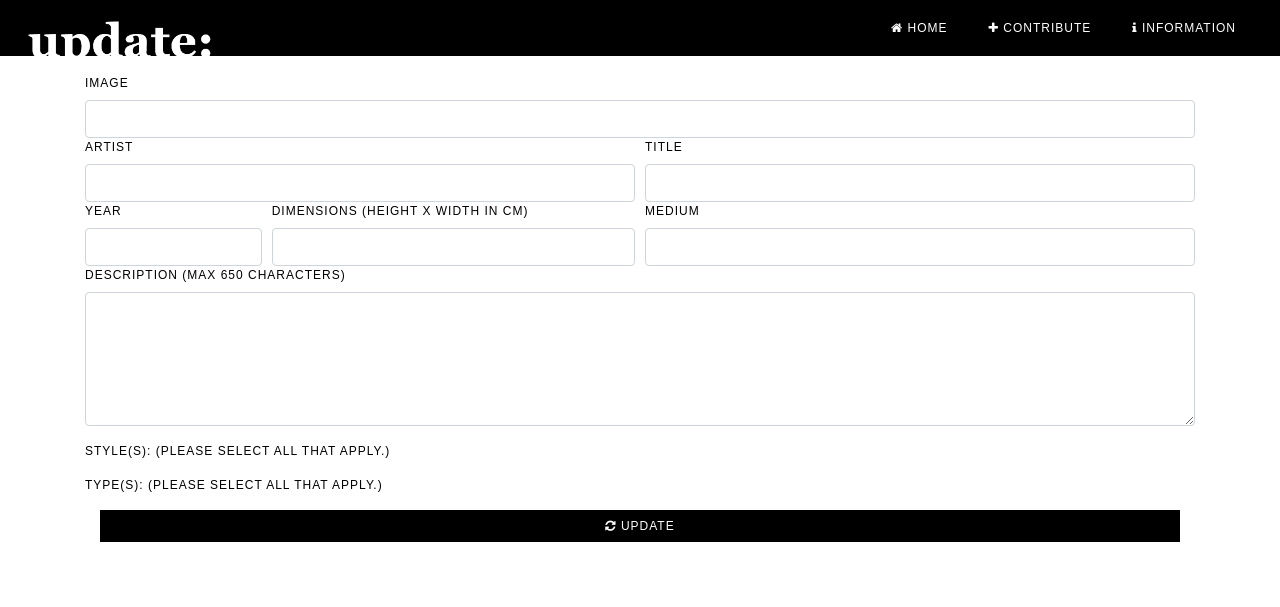
Repository: lynette-lyf/artwork-inventory
Page: templates/edit_artwork.template.html
The author's editor kept a record of every edit. The page is drawn from the files as they stood at one moment, then again after the next edit.
The browser window is 1280 px wide. The pictures show the whole page.
The page is served by the project's application, run on Flask 3 (app.py). The template is opened directly, without the code that normally fills it, so the values that code supplies are empty.

Above is the page before.

### templates/edit_artwork.template.html
<!doctype html>
<html lang="en">
  <head>
    <!-- Required meta tags -->
    <meta charset="utf-8">
    <meta name="viewport" content="width=device-width, initial-scale=1, shrink-to-fit=no">

    <!-- Bootstrap CSS -->
    <link rel="stylesheet" href="https://stackpath.bootstrapcdn.com/bootstrap/4.3.1/css/bootstrap.min.css" integrity="sha384-ggOyR0iXCbMQv3Xipma34MD+dH/1fQ784/j6cY/iJTQUOhcWr7x9JvoRxT2MZw1T" crossorigin="anonymous">
    <!-- Font Awesome CSS -->
    <link href="https://maxcdn.bootstrapcdn.com/font-awesome/4.7.0/css/font-awesome.min.css" rel="stylesheet"/>
    <!-- Google Fonts API -->
    <link href="https://fonts.googleapis.com/css?family=Work+Sans:300,600,800&display=swap" rel="stylesheet">
    <link rel="stylesheet" type="text/css" href="/static/css/style.css">

    <title>Update: {{artworksAndConsigners["title"]}} by {{artworksAndConsigners["artist"]}}</title>
  <style>
       body {
    font-family: Arial;
    font-size: 12px;
    color: black;
    text-transform: uppercase;
    letter-spacing:1px;
}

::-webkit-scrollbar {
  width: 5px;
  height: 5px;
  border-left: 0;
  background: white;
}

::-webkit-scrollbar-track {
  background: white;
}

::-webkit-scrollbar-thumb {
  background: black;
  border-radius: 0;
}

.navbar-default {
    background-color: black;
}


#logo {
    position: absolute;
    z-index:1;
    top:-3px;

}



#home, #contribute, #information {
    font-family: Arial;
    color: white;
    text-decoration: none;
    text-transform: uppercase;
    font-size: 12px;
    letter-spacing:1px;
    background-color: black;
    margin-right:15px;
}

#update {
    font-family: Arial;
    color: white;
    text-decoration: none;
    text-transform: uppercase;
    font-size: 12px;
    letter-spacing:1px;
    background-color: black;
    width:100%;
    border-radius:0px;
}

#home:hover, #information:hover, #update:hover {
    background-color: white;
    color:black;
}




@media (max-width: 994px) {
    .img-fluid {
        max-width:100%
    }

    #home {
        margin-top:2rem;
    }
}

@media screen and (min-width: 995px) {
    .navbar-nav {
        align-items: end;
    }

    .img-fluid {
        max-height:500px;
        max-width:500px
    }
}

  </style>

  </head>


  <body>


<img id="logo" style="max-height:100px;" src="static/img/update.png"/>

<nav class="navbar navbar-expand-lg navbar-default">
  <a class="navbar-brand" href="#">&nbsp;</a>
  <button class="navbar-toggler" type="button" data-toggle="collapse" data-target="#navbarSupportedContent" aria-controls="navbarSupportedContent" aria-expanded="false" aria-label="Toggle navigation">
    <span class="navbar-toggler-icon"> <i class="fa fa-bars" style="color:#fff; font-size:28px;"></i></span>
  </button>

  <div class="collapse navbar-collapse justify-content-end" id="navbarSupportedContent">
    <ul class="navbar-nav">
      <li class="nav-item">
          <a href="#" id="home" class="btn btn-default"><i class="fa fa-home"></i>    Home</a>
      </li>
     <li class="nav-item">
          <a href="add-artwork" id="contribute" class="btn btn-default"><i class="fa fa-plus"></i>    Contribute</a>
      </li>
      <li class="nav-item">
        <a href="#" id="information" class="btn btn-default"><i class="fa fa-info"></i>    Information</a>
      </li>
    </ul>

        </div>
  </div>
</nav>







    <div class='container'>
        <form class='form' method="POST">
          <div class='form-row'>
              <div class='col-12'>

                  <img class='img-fluid' style="max-height:300px; max-width:300px;" src='{{ artworksAndConsigners['image'] }}'>
                   </div>
                  </div>

                 <div class='form-row'>
              <div class='col-12'>

                <label>Image</label>
                <input type='text' class='form-control' name='image' value='{{artworksAndConsigners["image"]}}' required/>
            </div>
            <div class='col-6'>
                <label>Artist</label>
                <input type='text' class='form-control' name='artist' value='{{artworksAndConsigners["artist"]}}' required/>
            </div>
            <div class='col-6'>
                <label>Title</label>
                <input type='text' class='form-control' name='title' value='{{artworksAndConsigners["title"]}}' required/>
            </div>
          </div>

          <div class='form-row'>
            <div class='col-2'>
                <label>Year</label>
                <input type='number' class='form-control' maxlength='4' min='1000' max='2019' name='year' value='{{artworksAndConsigners["year"]}}' required/>
            </div>
            <div class='col-4'>
                <label>Dimensions (height x width in cm)</label>
                <input type='text' class='form-control' name='dimensions' value='{{artworksAndConsigners["dimensions"]}}' required/>
            </div>
            <div class='col-6'>
                <label>Medium</label>
                <input type='text' class='form-control' name='medium' value='{{artworksAndConsigners["medium"]}}' required/>
            </div>
          </div>

            <div class='form-group'>
                <label>Description (max 650 characters)</label>
                <textarea class="form-control" rows="5" maxlength='650' name='description'>{{artworksAndConsigners["description"]}}</textarea>
            </div>


            <div class='form-group'>
                <p>Style(s): (Please select all that apply.)</p>
                {%for t in all_styles %}
                <input type="checkbox" name="type" value="{{t}}"
                {%if t in selected_type %}
                checked
                {%endif%}
                /><label>{{t}}</label>
                {%endfor%}
            </div>

            <div class='form-group'>
                <p>Type(s): (Please select all that apply.)</p>
                {%for t in all_types %}
                <input type="checkbox" name="type" value="{{t}}"
                {%if t in selected_type %}
                checked
                {%endif%}
                /><label>{{t}}</label>
                {%endfor%}
            </div>

           <div class="col-12 text-center">
             <button type="submit" id="update" class="btn btn-default">
                <i class="fa fa-refresh"></i>    Update
              </button>
          </div>
        </form>
    </div>

    <!-- Optional JavaScript -->
    <!-- jQuery first, then Popper.js, then Bootstrap JS -->
    <script src="https://code.jquery.com/jquery-3.3.1.slim.min.js" integrity="sha384-q8i/X+965DzO0rT7abK41JStQIAqVgRVzpbzo5smXKp4YfRvH+8abtTE1Pi6jizo" crossorigin="anonymous"></script>
    <script src="https://cdnjs.cloudflare.com/ajax/libs/popper.js/1.14.7/umd/popper.min.js" integrity="sha384-UO2eT0CpHqdSJQ6hJty5KVphtPhzWj9WO1clHTMGa3JDZwrnQq4sF86dIHNDz0W1" crossorigin="anonymous"></script>
    <script src="https://stackpath.bootstrapcdn.com/bootstrap/4.3.1/js/bootstrap.min.js" integrity="sha384-JjSmVgyd0p3pXB1rRibZUAYoIIy6OrQ6VrjIEaFf/nJGzIxFDsf4x0xIM+B07jRM" crossorigin="anonymous"></script>
  </body>
</html>

### app.py
from flask import Flask, render_template, request, redirect, url_for, flash
import os
from bson import ObjectId
import re

import pymongo

MONGO_URI = os.getenv('MONGO_URI')
DATABASE_NAME = 'artworksAndConsigners'

conn = pymongo.MongoClient(MONGO_URI)

def get_connection():
    conn = pymongo.MongoClient(MONGO_URI)
    return conn

app = Flask(__name__)

# READ**************************************************************************

@app.route('/')
def index():
    search_terms = request.args.get('search-by')
    filter = request.args.getlist('filter')

    all_styles = ['Abstract', 'Abstract Expressionist', 'Contemporary', 'Cubism', 'Expressionism', 'Figurative', 'Geometric', 'Minimalism', 'Modern', 'Nanyang', 'Pop Art', 'Realism', 'Renaissance', 'Surrealism']
    all_types = ['Acrylic', 'Canvas', 'Calligraphy', 'Ink', 'Installation', 'Fabric', 'Oil', 'Paper', 'Painting', 'Portrait', 'Printmaking', 'Sculpture', 'Watercolour']

    search_criteria = {}
    print (search_criteria)
    if search_terms is not None and search_terms is not "":
        search_criteria["title"] = re.compile(r'{}'.format(search_terms), re.I)

    if len(filter) > 0:
        search_criteria['all_styles', 'all_types'] = {
            '$all' : filter
        }

    print (search_criteria)

    if search_terms is None:
        search_terms = ""

    conn = get_connection()
    artworksAndConsigners = conn[DATABASE_NAME]['artworksAndConsigners'].find(search_criteria)
    return render_template('index.template.html', results=artworksAndConsigners, search_terms=search_terms, filter=filter, all_styles=all_styles, all_types=all_types)

# CREATE************************************************************************

@app.route('/add-artwork')
def show_add_artwork_form():
    return render_template('add_artwork.template.html')

@app.route('/add-artwork', methods=['POST'])
def process_add_artwork_form():
    image = request.form.get('image')
    artist = request.form['artist']
    title = request.form['title']
    year = request.form['year']
    dimensions = request.form['dimensions']
    medium = request.form['medium']
    description = request.form['description']
    type = request.form.getlist('type')

    conn = get_connection()
    conn[DATABASE_NAME]['artworksAndConsigners'].insert({
        "image" : image,
        "artist" : artist,
        "title" : title,
        "year" : year,
        "dimensions" : dimensions,
        "medium" : medium,
        "description" : description,
        "type" : type
    })

    return redirect("/")

# UPDATE************************************************************************

@app.route('/edit-artwork/<artwork_id>')
def show_edit_artwork_form(artwork_id):
    conn = get_connection()
    artwork = conn[DATABASE_NAME]['artworksAndConsigners'].find_one({
        '_id': ObjectId(artwork_id)
    })

    results = artwork['type']
    all_styles = ['Abstract', 'Abstract Expressionist', 'Contemporary', 'Cubism', 'Expressionism', 'Figurative', 'Geometric', 'Minimalism', 'Modern', 'Nanyang', 'Pop Art', 'Realism', 'Renaissance', 'Surrealism']
    all_types = ['Acrylic', 'Canvas', 'Calligraphy', 'Ink', 'Installation', 'Fabric', 'Oil', 'Paper', 'Painting', 'Portrait', 'Printmaking', 'Sculpture', 'Watercolour']

    return render_template('edit_artwork.template.html', artworksAndConsigners=artwork,
    selected_type=results, all_styles=all_styles, all_types=all_types)

@app.route("/edit-artwork/<artwork_id>", methods=['POST'])
def process_edit_artwork_form(artwork_id):
    image = request.form.get('image')
    artist = request.form['artist']
    title = request.form['title']
    year = request.form['year']
    dimensions = request.form['dimensions']
    medium = request.form['medium']
    description = request.form['description']
    type = request.form.getlist('type')

    conn = get_connection()
    conn[DATABASE_NAME]["artworksAndConsigners"].update({
        '_id': ObjectId(artwork_id)
    }, {
       "image" : image,
        "artist" : artist,
        "title" : title,
        "year" : year,
        "dimensions" : dimensions,
        "medium" : medium,
        "description" : description,
        "type": type
    })

    return redirect("/")


# DELETE************************************************************************

@app.route('/confirm-delete-artwork/<artwork_id>')
def confirm_delete_artwork(artwork_id):

    artwork = conn[DATABASE_NAME]["artworksAndConsigners"].find_one({
        '_id': ObjectId(artwork_id)
    }, {
        "title": 1,
        "artist": 1
    })

    return render_template('confirm_delete_artwork.template.html', artworksAndConsigners=artwork)

@app.route('/delete-artwork/<artwork_id>')
def delete_artwork(artwork_id):
    conn[DATABASE_NAME]["artworksAndConsigners"].delete_one({
        '_id': ObjectId(artwork_id)
    })

    return redirect('/')

# "magic code" -- boilerplate
if __name__ == '__main__':
    app.run(host=os.environ.get('IP'),
    port=int(os.environ.get('PORT')),
    debug=True)

### static/css/style.css
body {
    font-family: Arial;
    font-size: 15px;
    color: black;
}

::-webkit-scrollbar {
  width: 5px;
  height: 5px;
  border-left: 0;
  background: white;
}

::-webkit-scrollbar-track {
  background: white;
}

::-webkit-scrollbar-thumb {
  background: black;
  border-radius: 0;
}

.navbar-default {
    background-color: black;
}


#logo {
    position: absolute;
    z-index:1;
    top:-4px;
}

#home, #contribute, #information {
    font-family: Arial;
    color: white;
    text-decoration: none;
    text-transform: uppercase;
    font-size: 12px;
    letter-spacing:1px;
    background-color: black;
    margin-right:15px;
}

#submit {
    font-family: Arial;
    color: white;
    text-decoration: none;
    text-transform: uppercase;
    font-size: 12px;
    letter-spacing:1px;
    background-color: grey;
    margin-right:15px;
    border-radius:0px;
    height:31px;
    margin-top:3px;
}
#home:hover, #contribute:hover, #information:hover, #submit:hover {
    background-color: white;
    color:black;
}

#search-by {
    border-radius:0px;
    font-family: Arial;
    font-weight:bold;
    color: black;
    text-transform: uppercase;
    font-size: 12px;
    margin-top:3px;
    border-width:0px;
}

#caret-dropdown {
    color:grey;
    background-color:white;
    height:31px;
    margin-top:3px;
}

.dropdown.dropdown-lg .dropdown-menu {
    margin-top: -1px;
    padding: 4px 15px;
}

.btn-group .btn {
    border-radius: 0;
    margin-left: -1px;
}
.form-horizontal .form-group {
    margin-left: 0;
    margin-right: 0;
}

@media (max-width: 994px) {
    .img-fluid {
        max-width:100%
    }

    #home {
        margin-top:2rem;
    }
}

@media screen and (min-width: 995px) {
    .navbar-nav {
        align-items: end;
    }

    #boot-search-box {
        width: 500px;
        margin: 0 auto;
    }
    .dropdown.dropdown-lg {
        position: static !important;
    }
    .dropdown.dropdown-lg .dropdown-menu {
        min-width: 500px;
    }

    .img-fluid {
        max-height:500px;
        max-width:500px
    }
}

.artist {
    font-family: 'Work Sans', sans-serif;
    font-weight: 800;
    text-transform: uppercase;
    font-size: 3vh;
    line-height:10%;
    margin-top:15px;
}

.title {
    font-style: italic;
    font-family: 'Work Sans', sans-serif;
    font-weight: 600;
    text-transform: uppercase;
    font-size: 1.8vh;
    margin-right: 2px;
    line-height:10%;
}

.year {
    font-style: italic;
    font-family: 'Work Sans', sans-serif;
    font-weight: 400;
    font-size: 1.8vh;
    margin-right: 2px;
}

.medium, .dimensions {
    letter-spacing: 1px;
    margin-bottom:0px;
}

.description {
    text-align: justify;
    margin-top: 20px;
}

.tag-label {
    text-transform: uppercase;
    font-weight: bold;
    margin-bottom: 0px;
}

.tags {
    text-transform: uppercase;
    font-size: 12px;
    margin-top: 0px;
}

.action {
    text-decoration: none;
    color: black;
    font-family: Arial;
    text-transform: uppercase;
    font-size: 10px;
    margin:5px;
}

.action:hover {
    color:white;
    background-color:black;
    border-radius:0px;
    border-width:0px;;
}

After the next edit:
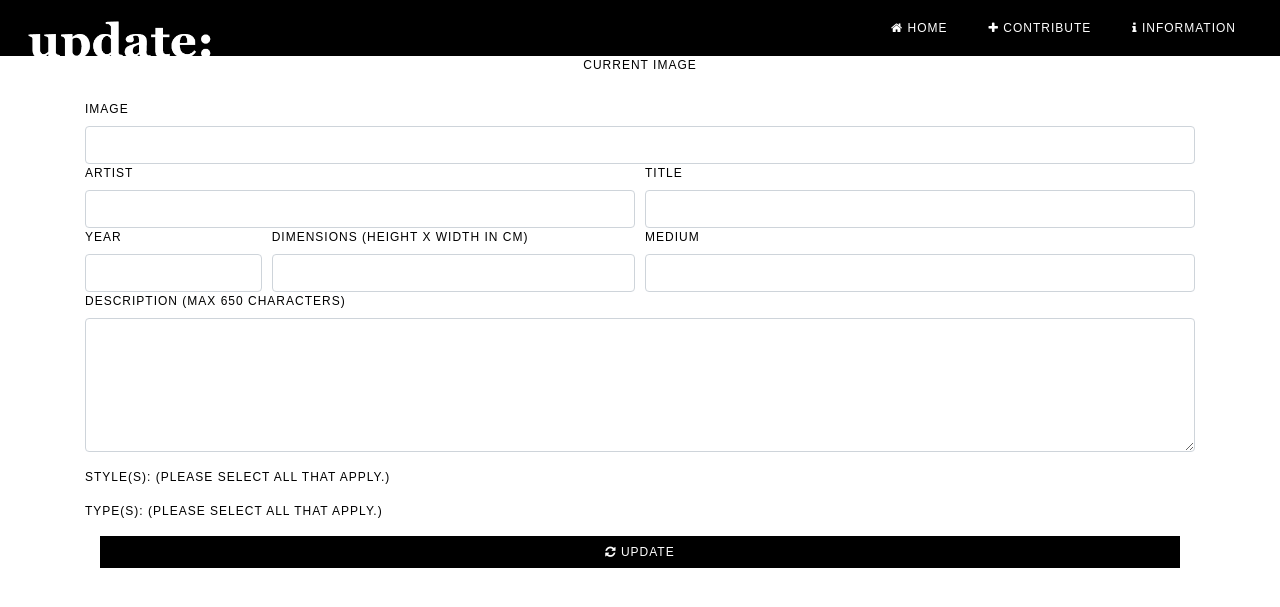
The edit:
--- a/templates/edit_artwork.template.html
+++ b/templates/edit_artwork.template.html
@@ -147,8 +147,9 @@
     <div class='container'>
         <form class='form' method="POST">
           <div class='form-row'>
-              <div class='col-12'>
-
+              <div class='col-12 text-center'>
+
+                  <label>Current Image</label><br>
                   <img class='img-fluid' style="max-height:300px; max-width:300px;" src='{{ artworksAndConsigners['image'] }}'>
                    </div>
                   </div>
